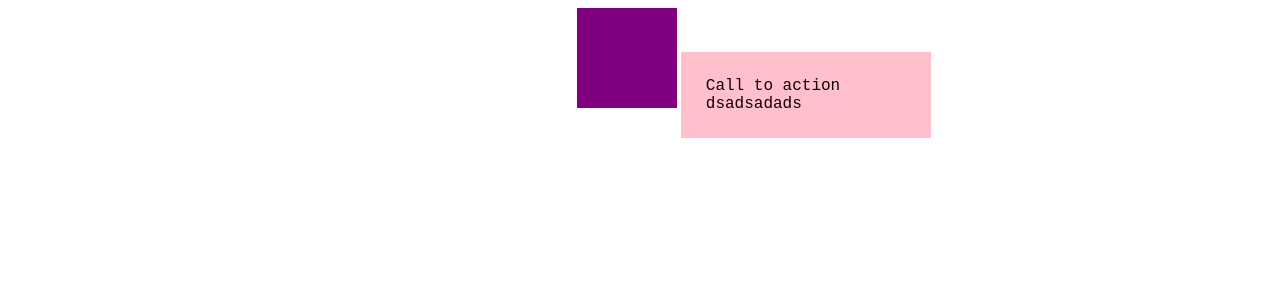
Repository: 16-Doffy/howtouse-htmlcss
Page: center_code/index.html
The author's editor kept a copy of each file at every save. The page is drawn from the files as they stood at one save, then again after the next save.
The browser window is 1280 px wide. The pictures show the whole page.

Above is the page before, as saved 2024-12-18 23:58:13.

### center_code/index.html
<!DOCTYPE html>
<html lang="en">

<head>
    <meta charset="UTF-8">
    <meta name="viewport" content="width=device-width, initial-scale=1.0">
    <link rel="stylesheet" href="styles.css">
    <title>Code Center</title>
</head>

<body>

        <div class="boxed"></div>
    <div class="button">Call to action dsadsadads</div>
</body>

</html>

### center_code/styles.css
.boxed{
  width: 100px;
  height: 100px;
  background-color: purple;
  display: inline-block;
  position: relative;
  margin-left: 45%;
}
.boxed-parent{
  text-align: center;
}
.button{
  padding: 25px;
  font-family: 'Courier New', Courier, monospace;
  color: rgb(17, 0, 0);
  background-color: pink;
  display: inline-block;
  max-width: 200px;
  margin: 0 auto;
  margin-left: auto;
  margin-right: auto;
}

After the next save:
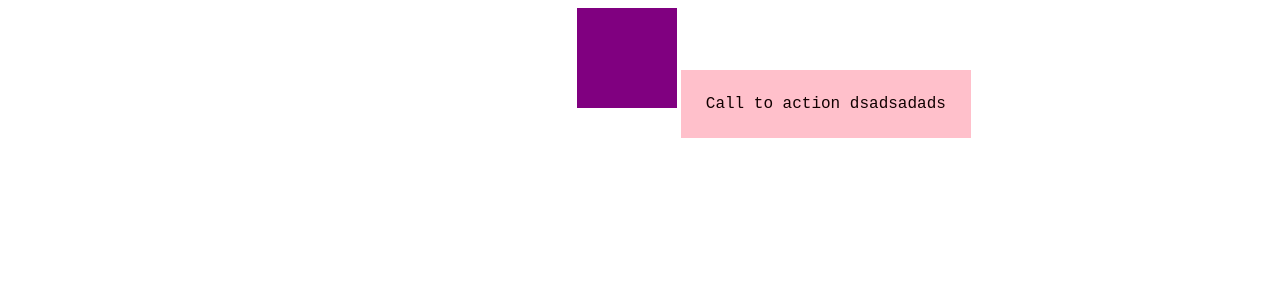
Saved 5 s later.
--- a/center_code/styles.css
+++ b/center_code/styles.css
@@ -15,7 +15,7 @@
   color: rgb(17, 0, 0);
   background-color: pink;
   display: inline-block;
-  max-width: 200px;
+
   margin: 0 auto;
   margin-left: auto;
   margin-right: auto;
